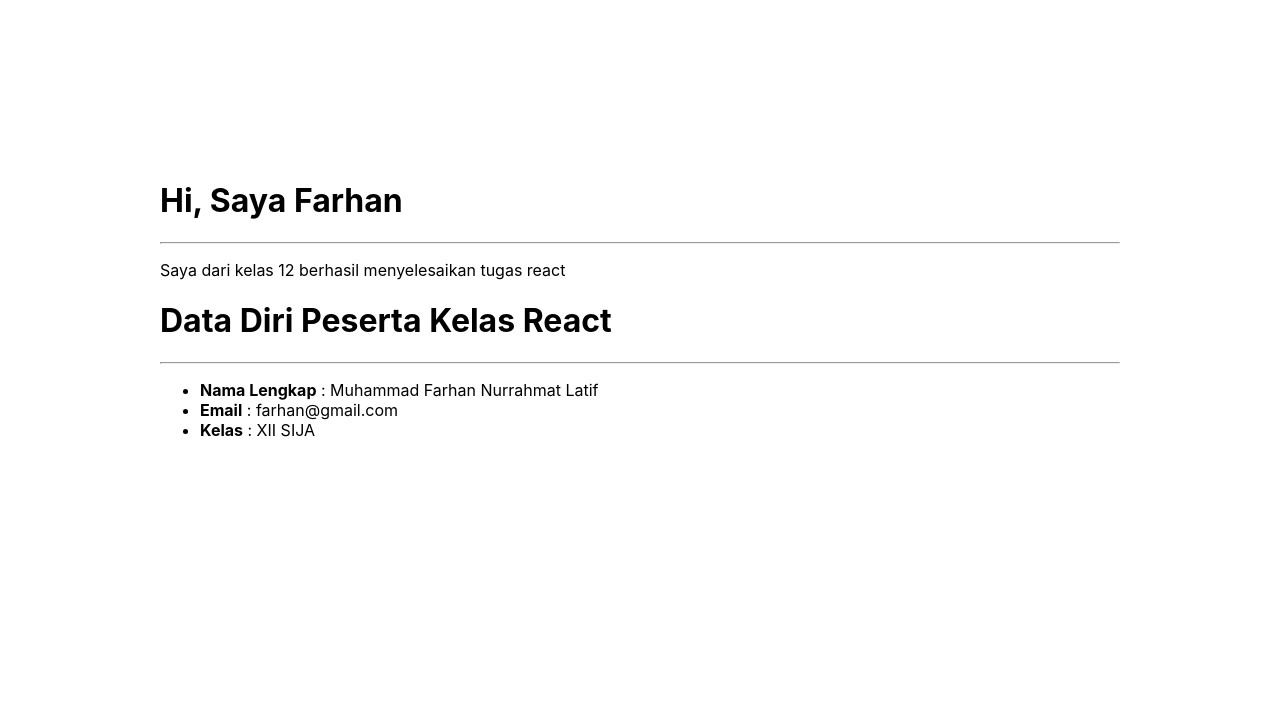
Repository: mfarhannr/Tugas-Reactjs_Farhan
Page: /
The author's editor kept a copy of each file at every save. The page is drawn from the files as they stood at one save, then again after the next save.
The browser window is 1280 px wide. The pictures show the whole page.
The project was rebuilt for these pictures with package versions that can differ from the ones it lists, and the page was loaded fresh each time.

Above is the page before, as saved 2024-05-03 15:43:25.

### src/App.js
import './App.css';
import Tugas6 from "./tugas6/tugas6";
// import Welcome from "./WelcomeComponent";
import Tugas7 from './tugas7/tugas7';

function App() {
  return (
    <div className="App">
      <div className="Card6">
        <Tugas6 />
      {/* </div>
      <div className="Card7"> */}
        <Tugas7
          name="Muhammad Farhan Nurrahmat Latif"
          email="farhan@gmail.com"
          kelas="XII SIJA"
        />
      </div>
    </div>
  );
}

export default App;

### src/App.css
.App {
  padding: 10rem;
}

.Content {
  border: 1px solid #ccc;
  border-radius: 10px;
  padding: 2em;
  margin: 2em auto;
  width: 50%;
  box-shadow: 2px 3px 5px #888888;
}

span {
  font-size:bold;
}

/* .Card7 {
  border: 1px solid #ccc;
  border-radius: 10px;
  padding: 2em;
  margin: 5em auto;
  width: 50%;
} */

.App-logo {
  height: 40vmin;
  pointer-events: none;
}

@media (prefers-reduced-motion: no-preference) {
  .App-logo {
    animation: App-logo-spin infinite 20s linear;
  }
}

.App-header {
  background-color: #282c34;
  min-height: 100vh;
  display: flex;
  flex-direction: column;
  align-items: center;
  justify-content: center;
  font-size: calc(10px + 2vmin);
  color: white;
}

.App-link {
  color: #61dafb;
}

@keyframes App-logo-spin {
  from {
    transform: rotate(0deg);
  }
  to {
    transform: rotate(360deg);
  }
}

### src/tugas6/tugas6.js
import React from "react";

function Tugas6() {
    return (
      <div className="Card1">
        <h1>Hi, Saya Farhan</h1>
        <hr></hr>
        <p>Saya dari kelas 12 berhasil menyelesaikan tugas react</p>
      </div>
    );
}

export default Tugas6;

### src/tugas7/tugas7.js
import React from "react";

function Tugas7(props) {
  return (
    <div className="Card1">
      <h1>Data Diri Peserta Kelas React</h1>
      <hr></hr>
      <ul>
        <li>
          <b>Nama Lengkap</b> : {props.name}
        </li>
        <li>
          <b>Email</b> : {props.email}
        </li>
        <li>
          <b>Kelas</b> : {props.kelas}
        </li>
      </ul>
    </div>
  );
}

export default Tugas7;

Loaded but not shown: public/index.html (common file); src/index.js (common file); src/index.css (common file); src/reportWebVitals.js (common file)

After the next save:
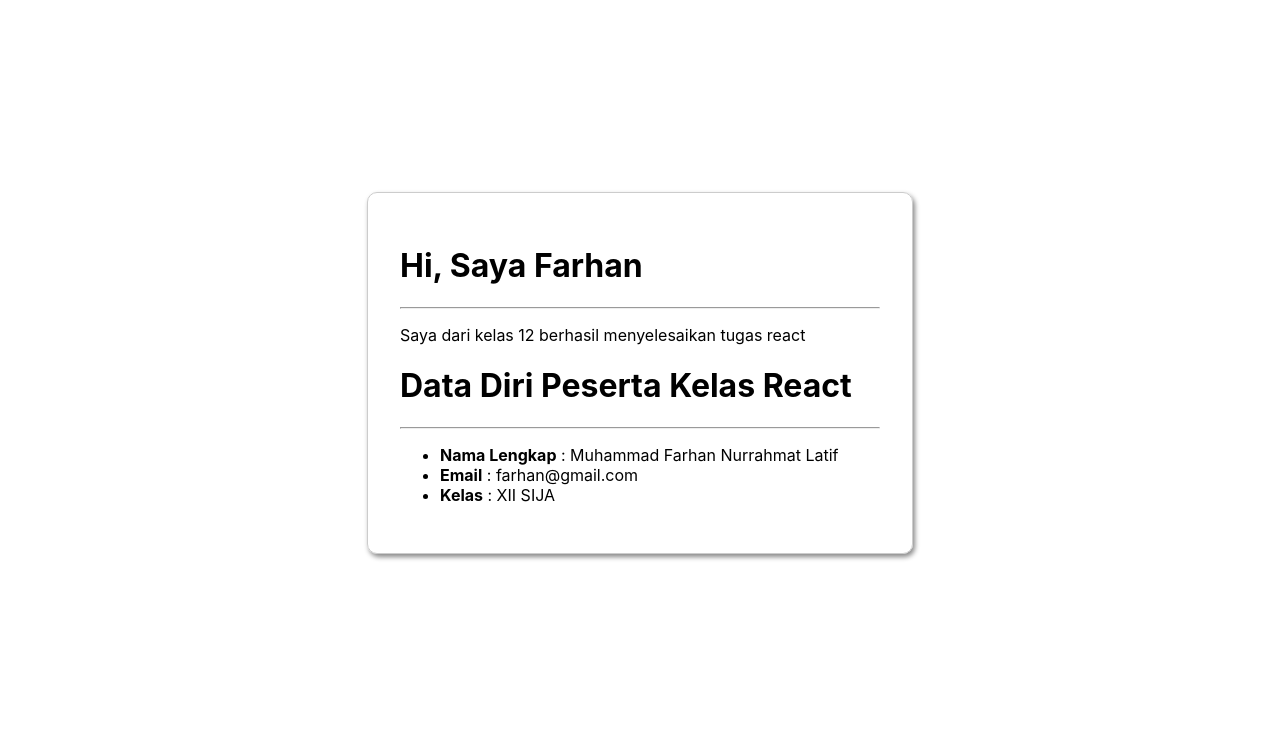
Saved 5 s later.
--- a/src/App.js
+++ b/src/App.js
@@ -6,7 +6,7 @@
 function App() {
   return (
     <div className="App">
-      <div className="Card6">
+      <div className="Content">
         <Tugas6 />
       {/* </div>
       <div className="Card7"> */}

After the save that followed:
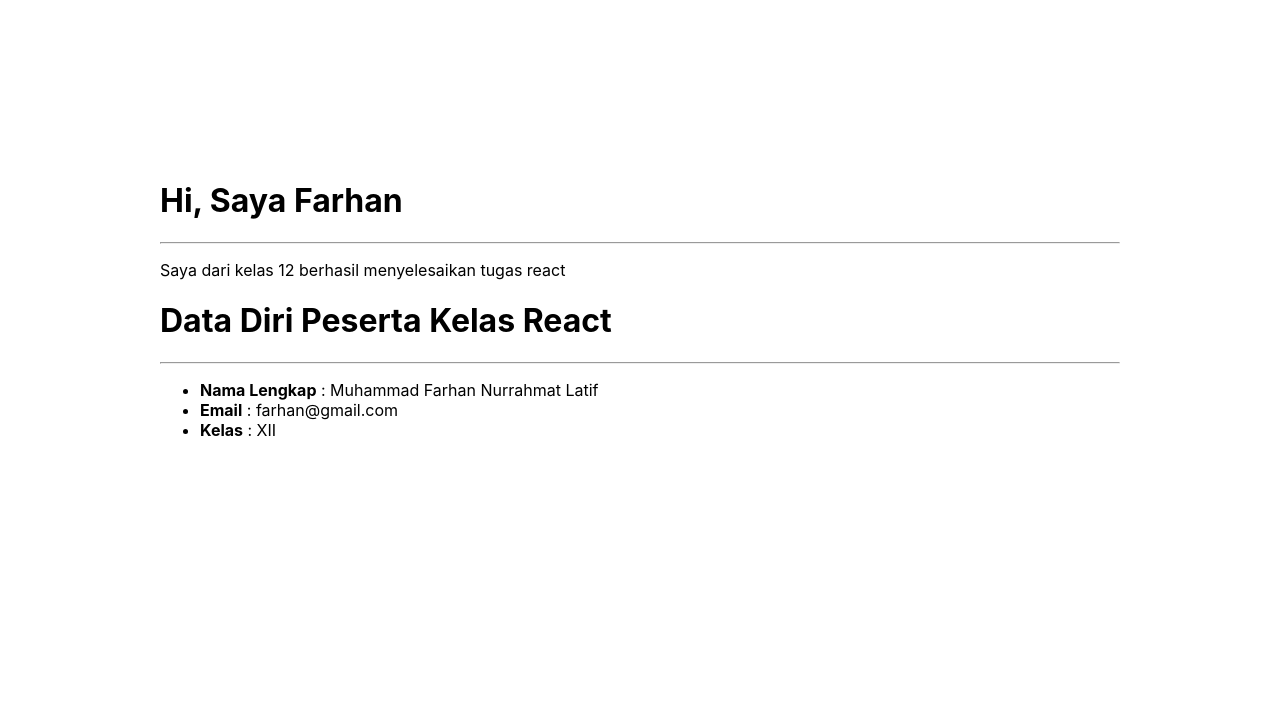
Saved 17 s later.
--- a/src/App.js
+++ b/src/App.js
@@ -6,14 +6,14 @@
 function App() {
   return (
     <div className="App">
-      <div className="Content">
+      <div className="Card6">
         <Tugas6 />
-      {/* </div>
-      <div className="Card7"> */}
+      </div>
+      <div className="Card7">
         <Tugas7
           name="Muhammad Farhan Nurrahmat Latif"
           email="farhan@gmail.com"
-          kelas="XII SIJA"
+          kelas="XII"
         />
       </div>
     </div>
